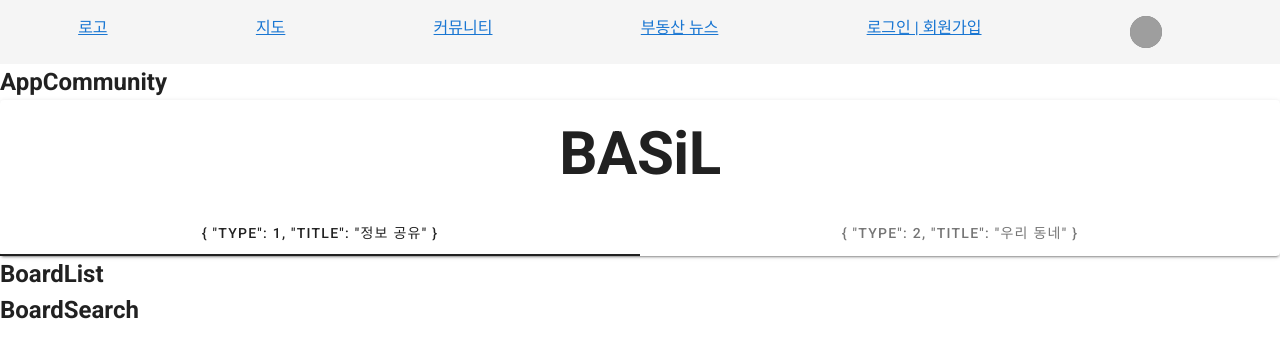
Repository: misso88/vue-whereIsMyHome
Page: /community
These files come from the project's save history. The page is drawn as it stood at one moment and after the next save; the edit follows.
The browser window is 1280 px wide. The pictures show the whole page.
The project was rebuilt for these pictures with package versions that can differ from the ones it lists, and the page was loaded fresh each time. Also part of the build but not shown: vue.config.js, src/views/AppMain.vue, src/components/house/sidebar/HouseListItem.vue, src/components/house/sidebar/HouseList.vue, src/components/house/sidebar/HouseListFilter.vue, src/components/house/sidebar/HouseSidebar.vue, src/components/house/map/HouseMapFilter.vue, src/components/house/map/HouseMap.vue and 2 more.

Above is the page before, as saved 2022-11-16 10:37:03.

### public/index.html
<!DOCTYPE html>
<html lang="en">
  <head>
    <meta charset="utf-8" />
    <meta http-equiv="X-UA-Compatible" content="IE=edge" />
    <meta name="viewport" content="width=device-width,initial-scale=1.0" />
    <link rel="icon" href="<%= BASE_URL %>favicon.ico" />
    <title><%= htmlWebpackPlugin.options.title %></title>
    <link
      rel="stylesheet"
      href="https://fonts.googleapis.com/css?family=Roboto:100,300,400,500,700,900"
    />
    <link
      rel="stylesheet"
      href="https://cdn.jsdelivr.net/npm/@mdi/font@latest/css/materialdesignicons.min.css"
    />
    <link
      rel="stylesheet"
      href="https://fonts.googleapis.com/css?family=Roboto:100,300,400,500,700,900"
    />
    <link
      rel="stylesheet"
      href="https://cdn.jsdelivr.net/npm/@mdi/font@latest/css/materialdesignicons.min.css"
    />
    <!-- <style>
      html{
        overflow-y: hidden !important;
      }
    </style> -->
  </head>
  <body>
    <noscript>
      <strong
        >We're sorry but <%= htmlWebpackPlugin.options.title %> doesn't work properly without
        JavaScript enabled. Please enable it to continue.</strong
      >
    </noscript>
    <div id="app"></div>
    <!-- built files will be auto injected -->
  </body>
</html>

### src/App.vue
<template>
  <v-app>
    <v-app-bar app elevation="0" absolute clipped-left>
      <the-header></the-header>
    </v-app-bar>
    <v-main>
      <router-view></router-view>
    </v-main>
  </v-app>
</template>

<script>
import TheHeader from "@/components/layout/TheHeader";

export default {
  name: "App",
  components: {
    TheHeader,
  },
};
</script>

### src/router/index.js
import Vue from 'vue'
import VueRouter from 'vue-router'

import AppMain from '@/views/AppMain'
import AppHouse from '@/views/AppHouse'
// import AppCommunity from '@/views/AppCommunity'
import AppNews from '@/views/AppNews'
// import AppMember from '@/views/AppMember'


Vue.use(VueRouter)

const routes = [
  {
    path: '/',
    name: 'main',
    component: AppMain
  },
  {
    path: '/map',
    name: 'map',
    component: AppHouse
  },
  {
    path: '/community',
    name: 'community',
    component: () => import("@/views/AppCommunity"),
    redirect: "/community/list",
    children: [
      {
        path: "list",
        name: "boardlist",
        component: () => import("@/components/board/BoardList")
      },
    ]
  },
  {
    path: '/news',
    name: 'news',
    component: AppNews
  },
  {
    path: '/member',
    name: 'member',
    component: () => import("@/views/AppMember"),
    children: [
      {
        path: "login",
        name: "login",
        component: () => import("@/components/member/MemberLogin")
      },
      {
        path: "join",
        name: "join",
        component: () => import("@/components/member/MemberJoin")
      },
    ]
  },
  {
    path: "/profile",
    name: "profile",
    component: () => import("@/views/TempProfile"),
    children: [
      {
        path: "mypage",
        name: "mypage",
        component: () => import("@/components/profile/ProfileMypage")
      },
      {
        path: "wishlist",
        name: "wishlist",
        component: () => import("@/components/profile/ProfileWishlist")
      },
      {
        path: "notice",
        name: "notice",
        component: () => import("@/components/profile/ProfileNotice")
      },
      {
        path: "helpcenter",
        name: "helpcenter",
        component: () => import("@/components/profile/ProfileHelpcenter")
      },
    ]
  },
]

const router = new VueRouter({
  mode: 'history',
  base: process.env.BASE_URL,
  routes
})

export default router

### src/store/index.js
import Vue from 'vue'
import Vuex from 'vuex'
import createPersistedState from "vuex-persistedstate";

Vue.use(Vuex)

export default new Vuex.Store({
  state: {
    type: null,
  },
  getters: {
  },
  mutations: {
    SET_TYPE (state, type) {
      state.type = type;
    },
  },
  actions: {
  },
  modules: {},
  plugins: [
    createPersistedState({
      // 브라우저 종료시 제거하기 위해 localStorage가 아닌 sessionStorage로 변경. (default: localStorage)
      storage: sessionStorage,
    }),
  ],

})

### src/components/layout/TheHeader.vue
<template>
  <v-row  class="d-flex justify-space-around">
    <router-link
      v-for="item in header" :key="item.name"
      :to="{ name: item.name}" > {{ item.title }}</router-link>
    <!-- 프로필 -->
     <v-avatar
          class="mr-10"
          color="grey darken-1"
          size="32"
        >
      <v-menu offset-y>
      <template v-slot:activator="{ on, attrs }">
        <v-btn
          color="grey"
          v-bind="attrs"
          v-on="on"
        >
          <!-- 프로필 이미지 -->
        </v-btn>
      </template>
      <v-list>
        <v-list-item
          v-for="(item, index) in profile"
          :key="index"
        >
          <router-link :to="{ name: item.name}" > {{ item.title }}</router-link>
        </v-list-item>
      </v-list>
    </v-menu>
    </v-avatar>
  </v-row>
</template>

<script>
export default {
    name: "TheHeader",
    data() {
        return {
          header: [],
          profile: []
        };
    },
    created() {
      this.header = [
        {
          name: "main",
          title: "로고"
        },
        {
          name: "map",
          title: "지도"
        },
        {
          name: "community",
          title: "커뮤니티"
        },
        {
          name: "news",
          title: "부동산 뉴스"
        },
        {
          name: "login",
          title: "로그인 | 회원가입"
        },
      ],
      this.profile = [
        {
          name: "mypage",
          title: "내정보"
        },
        {
          name: "wishlist",
          title: "찜 목록"
        },
        {
          name: "notice",
          title: "공지사항"
        },
        {
          name: "helpcenter",
          title: "고객센터"
        },
        {
          name: "mypage",
          title: "로그아웃"
        },
      ]
    }
}
</script>

<style>

</style>

### src/views/AppCommunity.vue
<template>
  <div>
    <h2>AppCommunity</h2>
    <board-header></board-header>
    <router-view></router-view>
  </div>

</template>

<script>
import BoardHeader from "@/components/board/BoardHeader";

export default {
  name: "AppCommunity",
  components: {
    BoardHeader,
  },
};
</script>

<style>

</style>

### src/components/board/BoardList.vue
<template>
  <div>
    <h2>BoardList</h2>
    <board-search></board-search>
    <div>{{ type }}</div>
  </div>
</template>

<script>
import BoardSearch from "@/components/board/BoardSearch";
export default {
    name: "BoardList",
    data() {
        return {
            type: 0
        }
    },
    created() {
        console.log("created");
        this.type = this.$store.state.type;
        console.log(this.type);
    },
    components: {
        BoardSearch
    }
}
</script>

<style>

</style>

### src/components/board/BoardHeader.vue
<template>
  <!-- <div>
    <h2>BoardHeader</h2>
    <button @click="a('1')">정보 공유</button>
    <button @click="a('2')">우리 동네</button>
  </div> -->
  <v-card color="basil">
    <v-card-title class="text-center justify-center py-6">
      <h1 class="font-weight-bold text-h2 basil--text">
        BASiL
      </h1>
    </v-card-title>

    <v-tabs
      background-color="transparent"
      color="basil"
      grow
    >
      <v-tab
        v-for="item in tabs"
        :key="item"
      >
        {{ item }}
      </v-tab>
    </v-tabs>

    <v-tabs-items>
      <v-tab-item
        v-for="item in items"
        :key="item"
      >
        <v-card
          color="basil"
          flat
        >
          <v-card-text>{{ text }}</v-card-text>
        </v-card>
      </v-tab-item>
    </v-tabs-items>
  </v-card>
</template>

<script>
export default {
    name: "BoardHeader",
    data () {
      return {
        tabs: [
          {
            type: 1,
            title: "정보 공유"
          },
          {
            type: 2,
            title: "우리 동네"
          },
        ],
        text: 'Lorem ipsum dolor sit amet, consectetur adipiscing elit, sed do eiusmod tempor incididunt ut labore et dolore magna aliqua. Ut enim ad minim veniam, quis nostrud exercitation ullamco laboris nisi ut aliquip ex ea commodo consequat.',
      }
    },
    methods: {
        a(type){
            this.$store.commit("SET_TYPE", type);
            this.$router.go({
                name: "boardlist",
            });
        }
    },
};
</script>

<style>

</style>

### src/components/board/BoardSearch.vue
<template>
  <div>
    <h2>BoardSearch</h2>
  </div>
</template>

<script>
export default {

}
</script>

<style>

</style>

Loaded but not shown: src/main.js (common file); src/plugins/vuetify.js (common file)

After the next save:
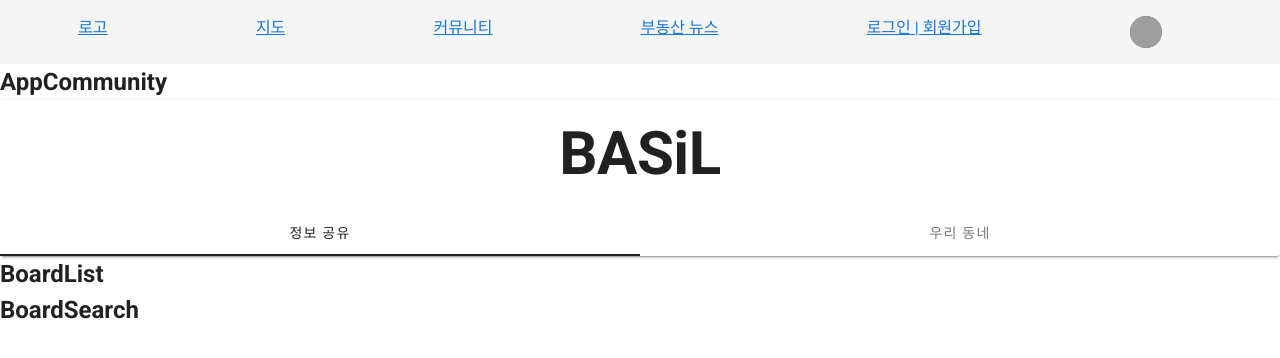
Saved 9 s later.
--- a/src/components/board/BoardHeader.vue
+++ b/src/components/board/BoardHeader.vue
@@ -20,7 +20,7 @@
         v-for="item in tabs"
         :key="item"
       >
-        {{ item }}
+        {{ item.title }}
       </v-tab>
     </v-tabs>
 
